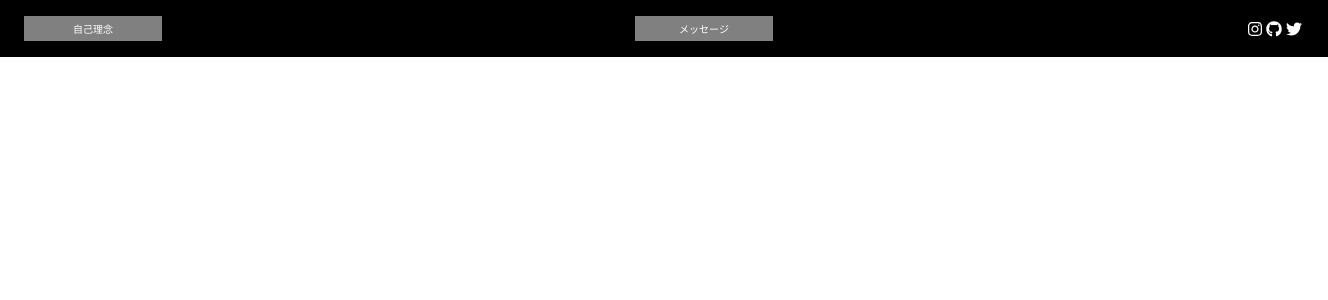
Repository: Rujuu-prog/react-mysite
Page: /
An editor plug-in stored every save of this project. The page is shown before and after the next save, followed by the edit.
The browser window is 1280 px wide. The page is 1328 px wide, so the pictures cover 1328 px, including what lies to the right of the window. The pictures show the whole page.
The project was rebuilt for these pictures with package versions that can differ from the ones it lists, and the page was loaded fresh each time. A package was used in the major version that the imports need, not the one package.json lists.

Above is the page before, as saved 2021-05-12 15:56:01.

After the next save:
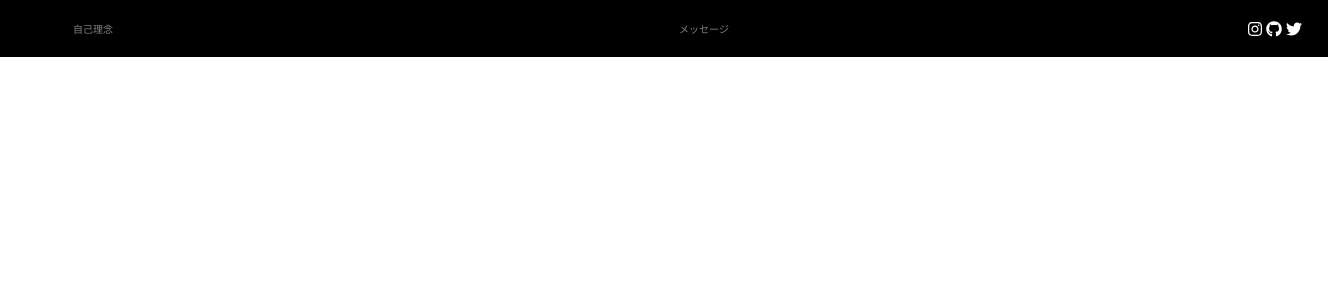
Saved 14 s later.
--- a/src/components/atoms/button/SecondaryButton.tsx
+++ b/src/components/atoms/button/SecondaryButton.tsx
@@ -6,7 +6,7 @@ export const SecondaryButton = (props:any) => {
 };
 
 const SButton = styled.a`
-    background-color: gray;
+    color: gray;
     width: 10%;
     font-size: 10px;
     padding: 5px;
